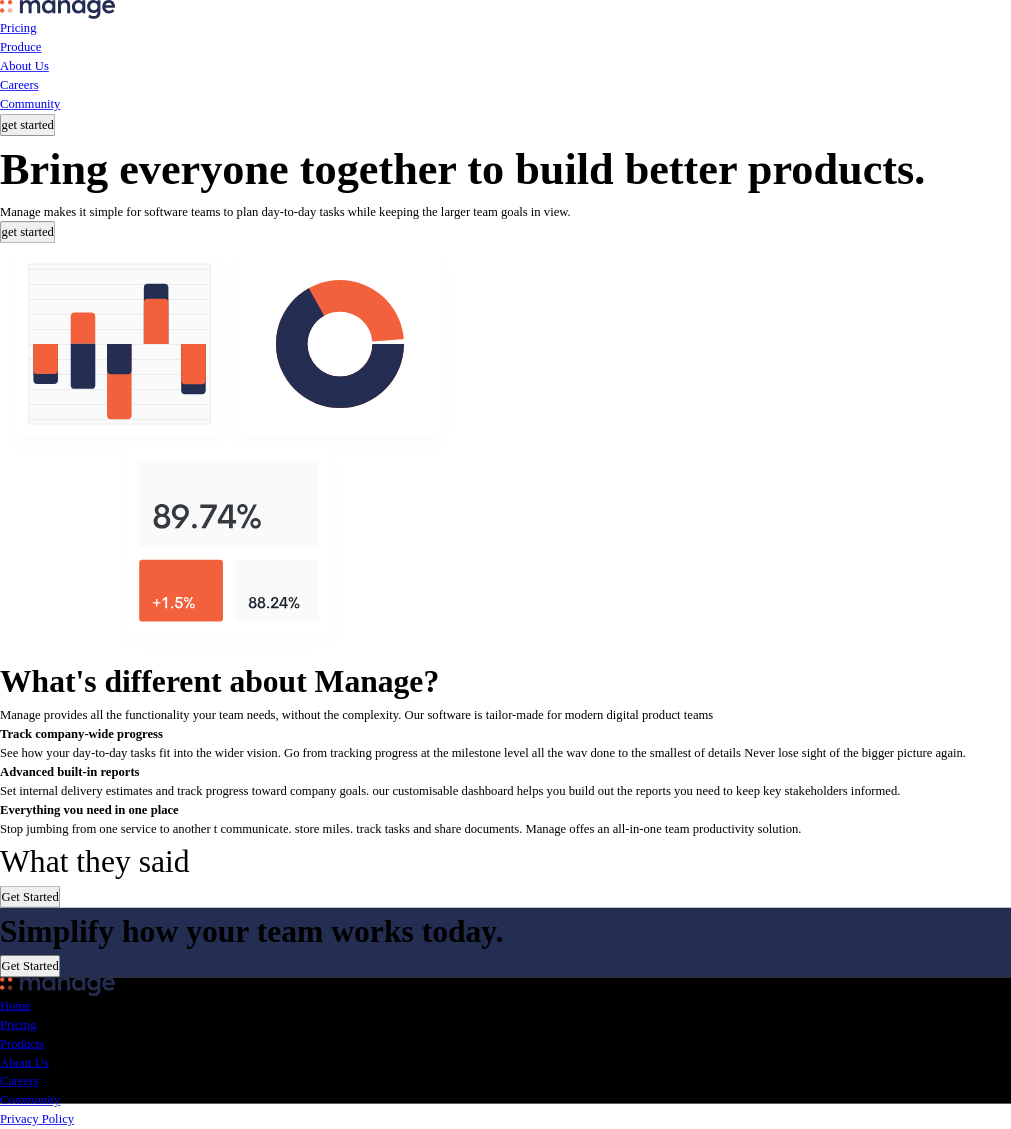
Repository: anthonybrown/website-practice
Page: index.html
The author's editor kept a copy of each file at every save. The page is drawn from the files as they stood at one save, then again after the next save.
The browser window is 1280 px wide. The pictures show the whole page, at 79% of full size.

Above is the page before, as saved 2023-04-18 14:00:41.

After the next save:
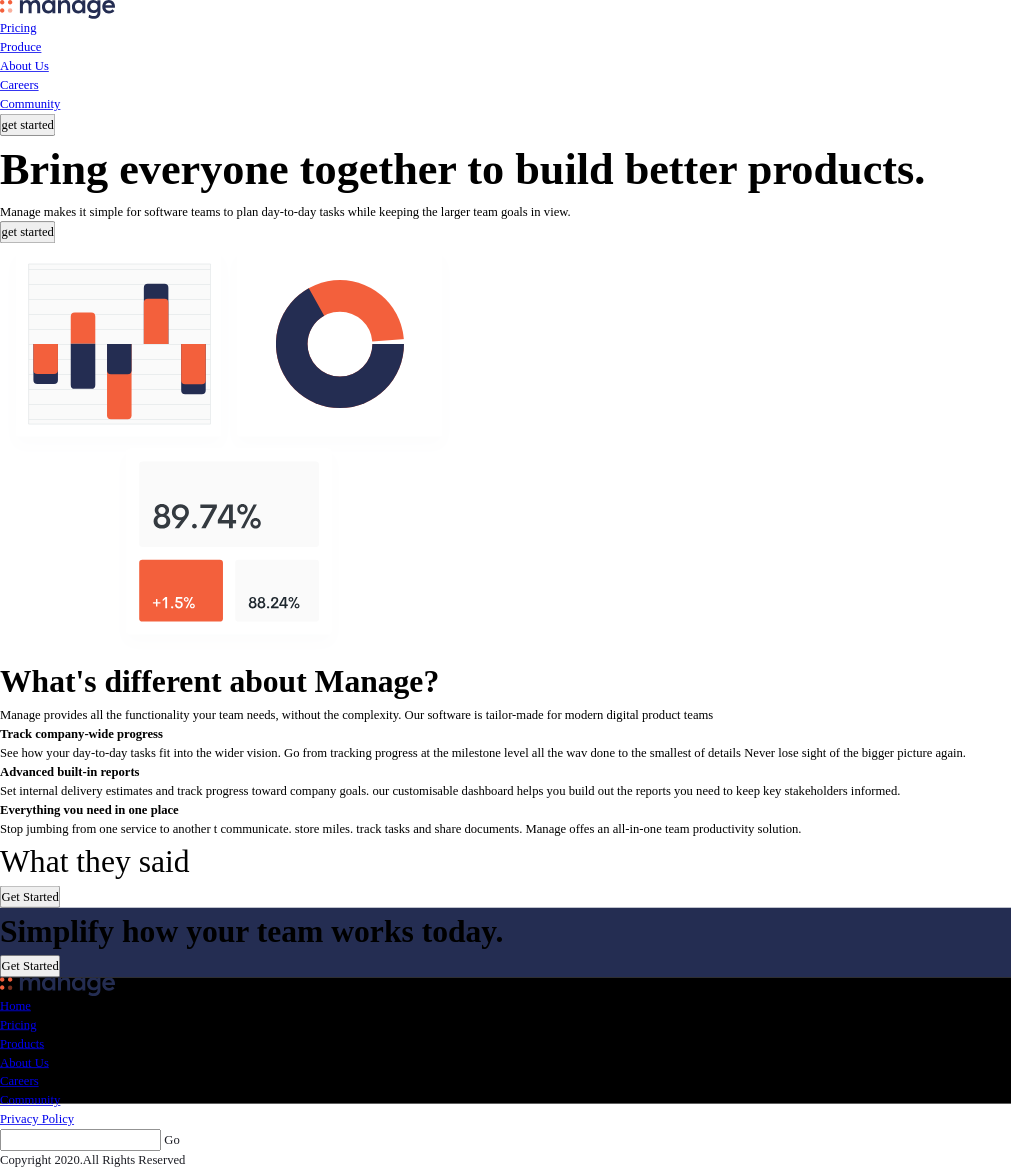
Saved 54 s later.
--- a/index.html
+++ b/index.html
@@ -141,7 +141,9 @@
         </div>
 
         <div>
-
+          <input type="text">
+          <bytton class="button">Go</bytton>
+          <p>Copyright 2020.All Rights Reserved</p>
         </div>
 
       </div>
